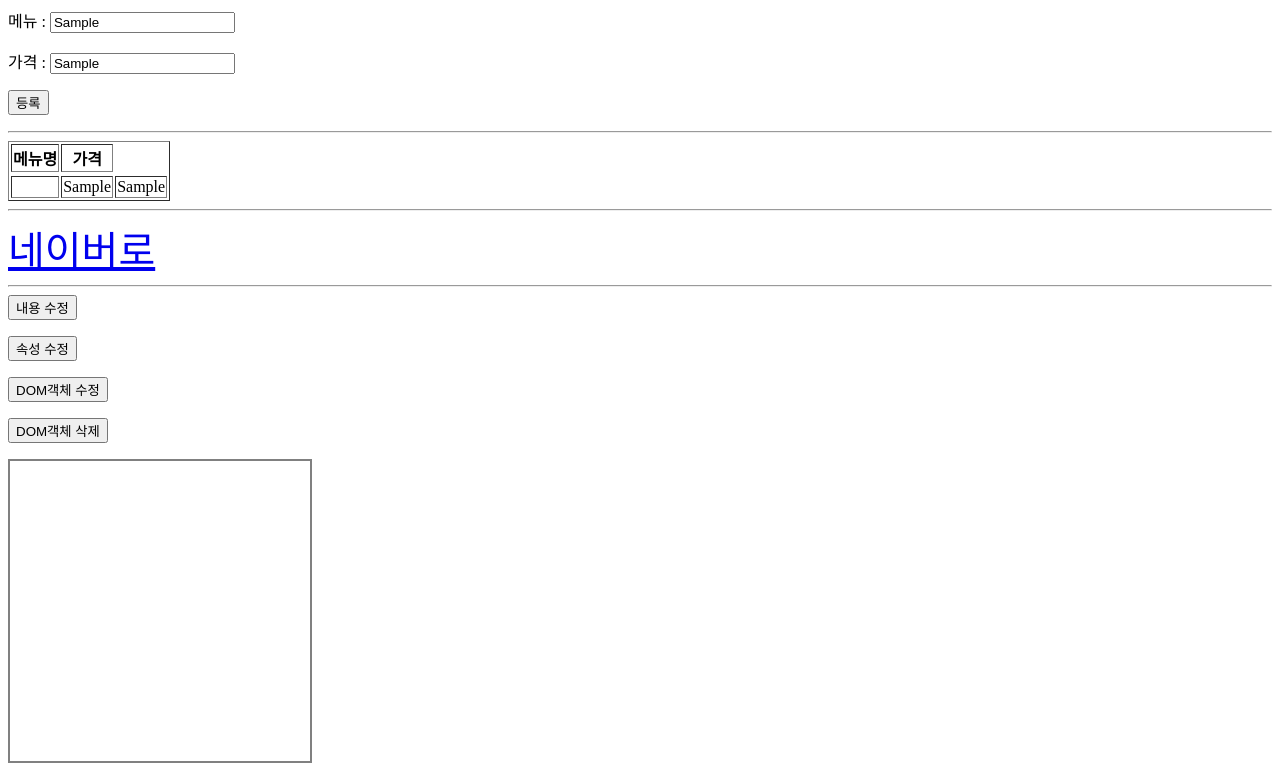
Repository: womss/sexyguy
Page: Spring/Feb14_1_jQuery/WebContent/1_DOM.html
An editor plug-in stored every save of this project. The page is shown before and after the next save, followed by the edit.
The browser window is 1280 px wide. The pictures show the whole page.
Empty fields were first filled with sample values (such as "Sample", 5 or name@example.com).
After loading, the first visible `#m_btn` was clicked once.

Above is the page before, as saved 2025-02-14 02:06:33.

### Spring/Feb14_1_jQuery/WebContent/1_DOM.html
<!DOCTYPE html>
<html>
<head>
<meta charset="UTF-8">
<title>Insert title here</title>
<style type="text/css">
.t2 {
	font-size: 30pt;
}

#t {
	background-color: pink;
	color: lightblue;
}

div {
	border: grey solid 2px;
	width: 300px;
	height: 300px;
}
</style>
<script type="text/javascript" src="jQuery.js"></script>
<script type="text/javascript">
	$(function() {
		//alert('sdf');
		$("#b1").click(function() {
			//alert('sdf');
			// a태그로 이루어진 DOM객체 속 text 바꾸기
			$("a").text("유튜브로");
			// text()의 소괄호 안에 값을 넣지 않으면
			// 기존의 값을 가져오게 됨
			//let t = $("a").text();
			//alert(t);

			// .text()와 비교할 .html()
			// $("a").html("유튜브로");

			// .html() 사용하면 새로운 html요소로 변경할 수 있음!
			// $("a").text("<b>유튜브로<b>"); // <b>를 텍스트로 인식!
			//$("a").html("<b>유튜브로<b>");
		});

		$("#b2").click(function() { // 속성 수정을 누를때
			// alert('asdf');

			$("a").attr("href", "https://www.youtube.com");

			// 이 a태그에 css를 주고 싶은데 a태그가 많다면
			//	id도 부여할 수 있음
			// 기존에 없는 속성도 부여 가능한 .attr
			$("a").attr("id", "t");

			// 속성 지우기
			$("a").removeAttr("class");
		});
		$("#b3").click(function() {
			// alert('asdf');

			// $("css선택자") : 있는 것을 선택
			// $("DOM객체") : DOM객체 생성
			// marquee DOM객체 추가하기

			let m = $("<marquee></marquee>").text("발렌타인데이 !");

			// behavior : 스크롤방식 설정
			//		scroll : 한쪽 방향으로만 진행 (기본값)
			//		alternate : 왕복
			m.attr("behavior", "alternate");

			// direction : 스크롤방향 설정														@@@@@@
			//		left(기본값), right, up, down
			m.attr("direction", "right");

			// 요소 추가하기
			//	기존 요소의 내부에 추가 - append, prepend
			$("div").append(m);	// 내부 아래로 계속 추가함
			//$("div").prepend(m);	// 내부 위로 적층되서 처음 쌓인게 아래로 밀려남

			//	기존 요소의 외부에 추가 - before, after
			//$("div").before(m);	// 외부 아래로 계속 추가함
			//$("div").after(m);	// 외부 위로 적층되서 처음 쌓인건 아래로 밀려남
		});

		$("#b4").click(function() {
			// alert('asdf');

			// remove() : DOM객체 + 그 하위 요소들을 전부 제거함
			// $("div").remove();	// div 자체를 삭제

			// empty() : DOM객체의 하위 요소들을 제거
			// $("div").empty();		// div 내부를 삭제
		});
		$("#m_btn").click(function() {
			// alert('asdf');
			let m_name = $("#m_name").val();
			let m_price = $("#m_price").val();
			// alert(m_name + ":" + p_price); 내용 잘 전달 되는지

			//	<tr>
			//		<td>초밥</td>
			//		<td>10000</td>
			//	</tr>


			//let tr = $("<tr>").text();
			//let ttr = $("</tr>").text();
			let im = $("<td></td>").text(m_name);
			let ip = $("<td></td>").text(m_price);

			$("tbody").append("<tr>");
			$("tbody").append("<th>");
			$("tbody").append(im);
			$("tbody").append("</th>");
			$("tbody").append(ip);
			$("tbody").append("</tr>");

		});

	});
</script>
</head>
<body>
	메뉴 : <input id="m_name"> <p>
	가격 : <input id="m_price"> <p>
	<button id="m_btn">등록</button>
	<hr>
	<table id="tbl1" border="1">
		<tr id="tr1">
			<th>메뉴명</th>
			<th>가격</th>
		</tr>
	</table>
	<hr>
	<a href="https://www.naver.com" class="t2">네이버로</a>
	<hr>
	<button id="b1">내용 수정</button>
	<p>
		<button id="b2">속성 수정</button>
	<p>
		<button id="b3">DOM객체 수정</button>
	<p>
		<button id="b4">DOM객체 삭제</button>
	<p>
	<div></div>
</body>
</html>

Loaded but not shown: Spring/Feb14_1_jQuery/WebContent/jQuery.js (library)

After the next save:
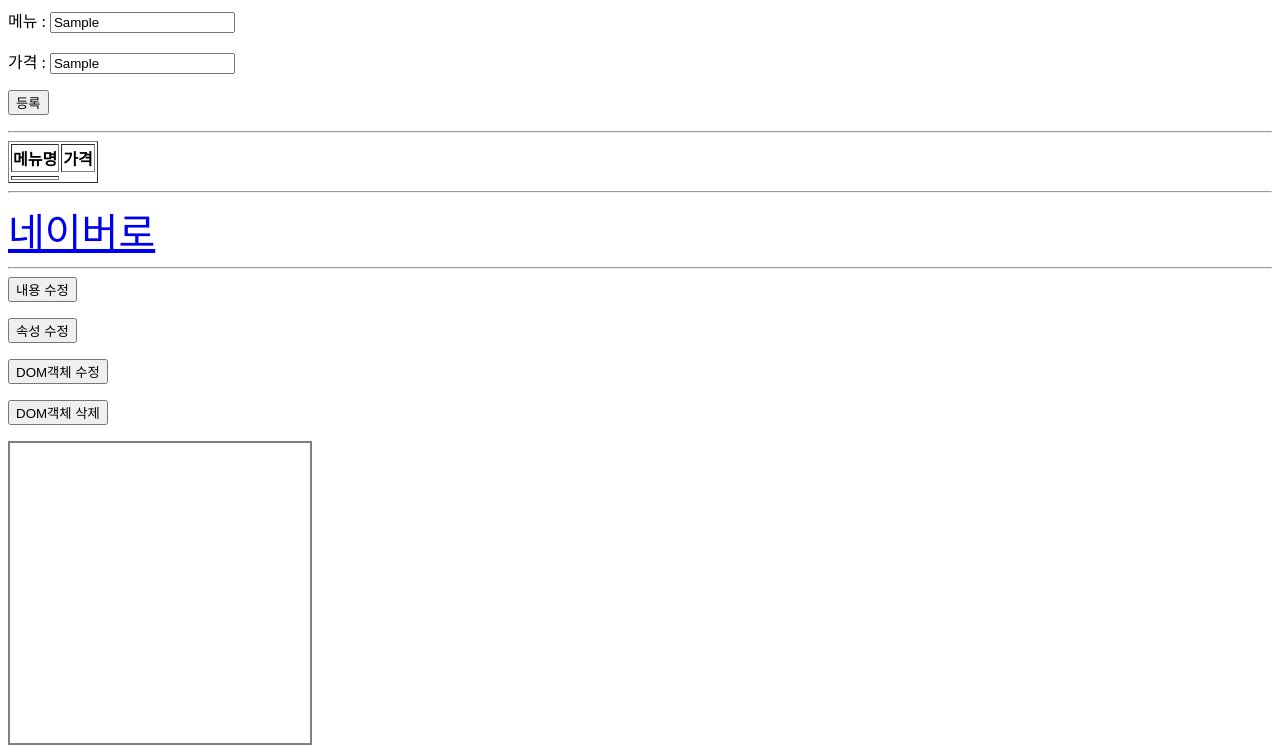
Console error: ReferenceError: im is not defined
Saved 11 s later.
--- a/Spring/Feb14_1_jQuery/WebContent/1_DOM.html
+++ b/Spring/Feb14_1_jQuery/WebContent/1_DOM.html
@@ -104,8 +104,8 @@ div {
 
 			//let tr = $("<tr>").text();
 			//let ttr = $("</tr>").text();
-			let im = $("<td></td>").text(m_name);
-			let ip = $("<td></td>").text(m_price);
+			let td1 = $("<td></td>").text(m_name);
+			let td2 = $("<td></td>").text(m_price);
 
 			$("tbody").append("<tr>");
 			$("tbody").append("<th>");
